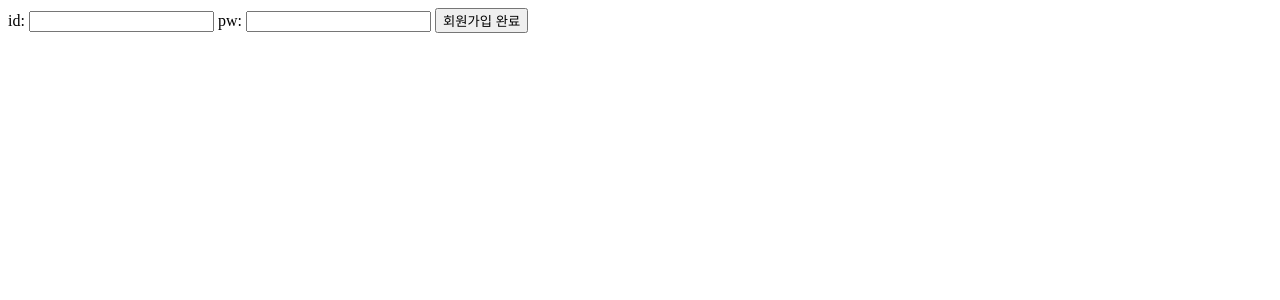
Repository: dfhdfhdfsza/myjsp
Page: http://localhost/_myjsp/mem/register
The author's editor kept a copy of each file at every save. The page is drawn from the files as they stood at one save, then again after the next save.
The browser window is 1280 px wide. The pictures show the whole page.
The page is served by Tomcat 9.

Above is the page before, as saved 2023-09-21 11:11:57.

After the next save:
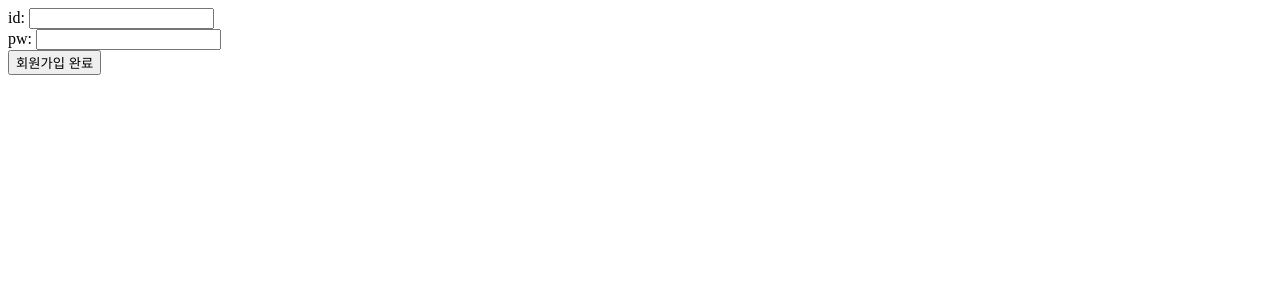
Saved 30 s later.
--- a/_myjsp/src/main/webapp/member/register.jsp
+++ b/_myjsp/src/main/webapp/member/register.jsp
@@ -8,8 +8,8 @@
 </head>
 <body>
 	<form action="/mem/join">
-		id: <input type="text" name="id">
-		pw: <input type="text" name="pw">
+		id: <input type="text" name="id"> <br>
+		pw: <input type="text" name="pw"> <br>
 		<button type="submit">회원가입 완료</button>
 	</form>
 
